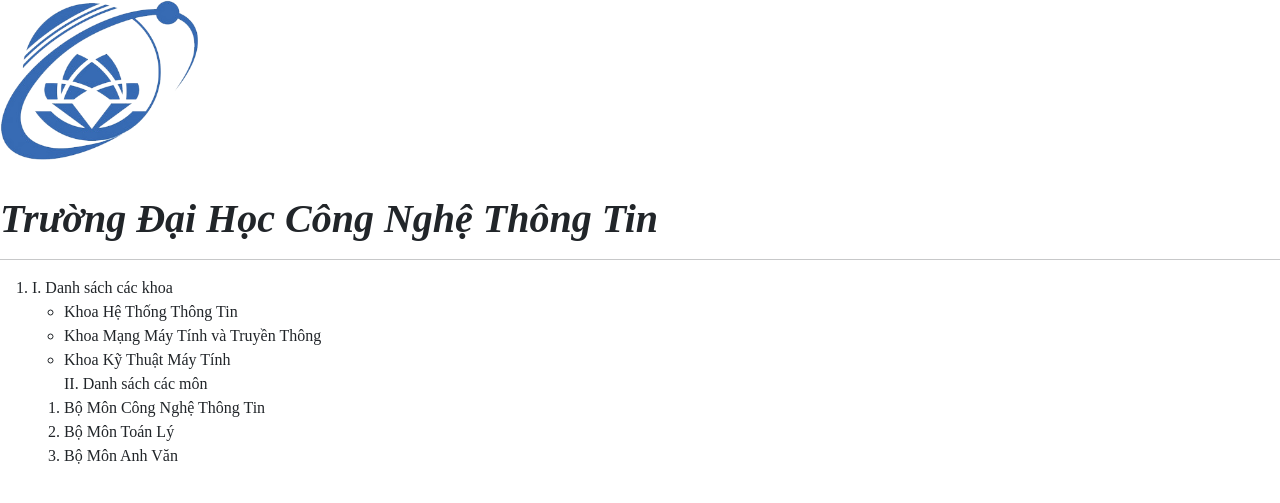
Repository: hoapham2k2/bai_tap_thuc_hanh_is207.n12
Page: index.html
The author's editor kept a copy of each file at every save. The page is drawn from the files as they stood at one save, then again after the next save.
The browser window is 1280 px wide. The pictures show the whole page.

Above is the page before, as saved 2022-09-19 09:00:10.

After the next save:
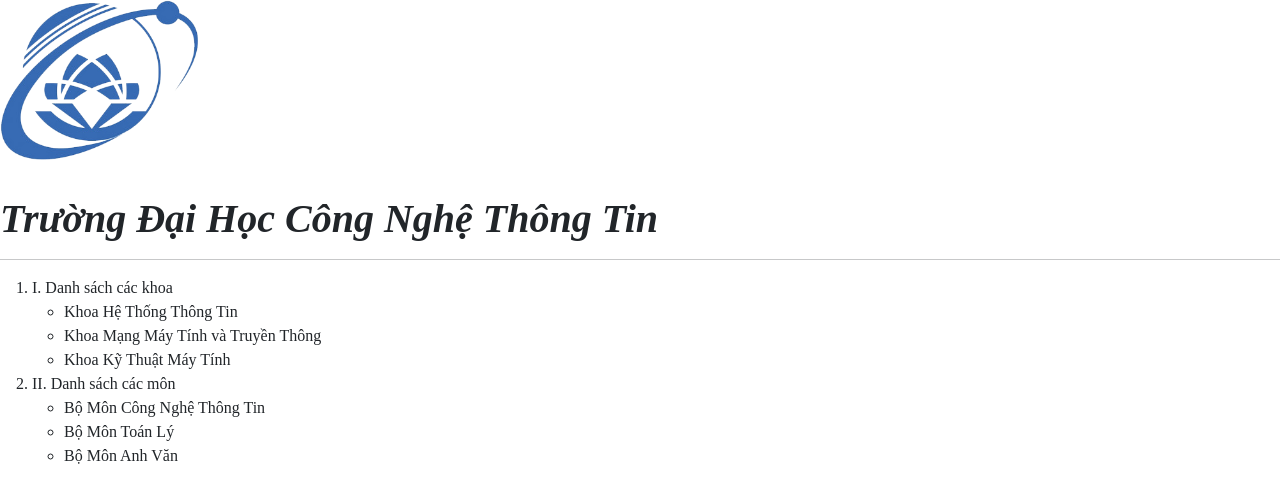
Saved 39 s later.
--- a/index.html
+++ b/index.html
@@ -101,17 +101,20 @@
             <ul class="wrapper_list">
                 <li class="wrapper_list_1st">I. Danh sách các khoa
                     <ul class="wrapper_list_wrapper">
-
                         <li class="wrapper_item">Khoa Hệ Thống Thông Tin</li>
                         <li class="wrapper_item">Khoa Mạng Máy Tính và Truyền Thông</li>
                         <li class="wrapper_item">Khoa Kỹ Thuật Máy Tính</li>
                     </ul>
                 </li>
-                <ul class="wrapper_list_2st">II. Danh sách các môn
-                    <li class="wrapper_item">Bộ Môn Công Nghệ Thông Tin</li>
-                    <li class="wrapper_item">Bộ Môn Toán Lý</li>
-                    <li class="wrapper_item">Bộ Môn Anh Văn</li>
-                </ul>
+                <li class="wrapper_list_2st">II. Danh sách các môn
+                    <ul class="wrapper_list_wrapper">
+                        <li class="wrapper_item">Bộ Môn Công Nghệ Thông Tin</li>
+                        <li class="wrapper_item">Bộ Môn Toán Lý</li>
+                        <li class="wrapper_item">Bộ Môn Anh Văn</li>
+                    </ul>
+                </li>
+
+                </li>
             </ul>
         </div>
 </body>
